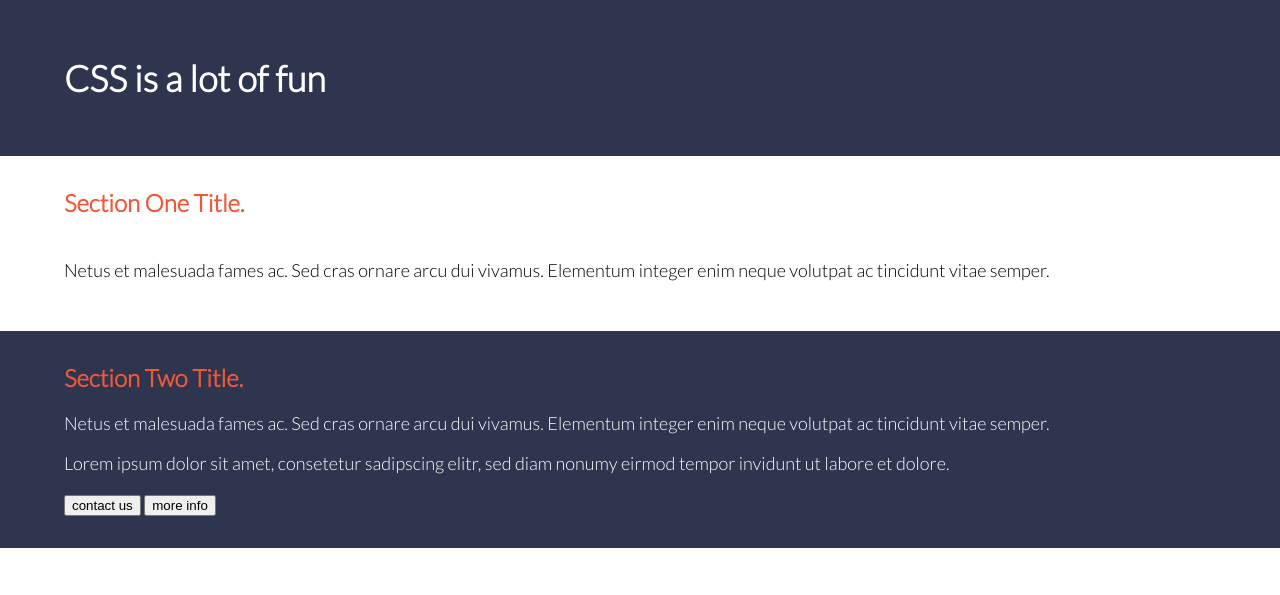
Repository: Doumham-Armah/sample-landing-page
Page: index.html
These files come from the project's save history. The page is drawn as it stood at one moment and after the next save; the edit follows.
The browser window is 1280 px wide. The pictures show the whole page.

Above is the page before, as saved 2021-08-16 12:52:28.

After the next save:
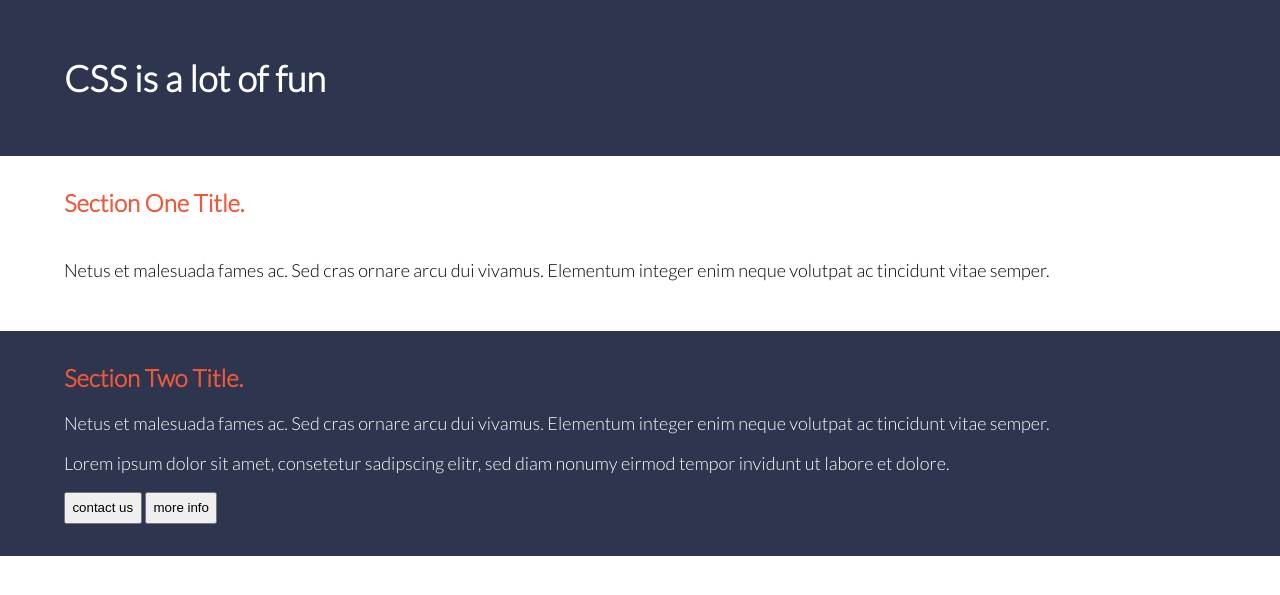
Saved 22 s later.
--- a/style.css
+++ b/style.css
@@ -23,3 +23,7 @@ h2,
 p {
   margin-top: 0;
 }
+
+.btn {
+  padding: 0.4rem;
+}
